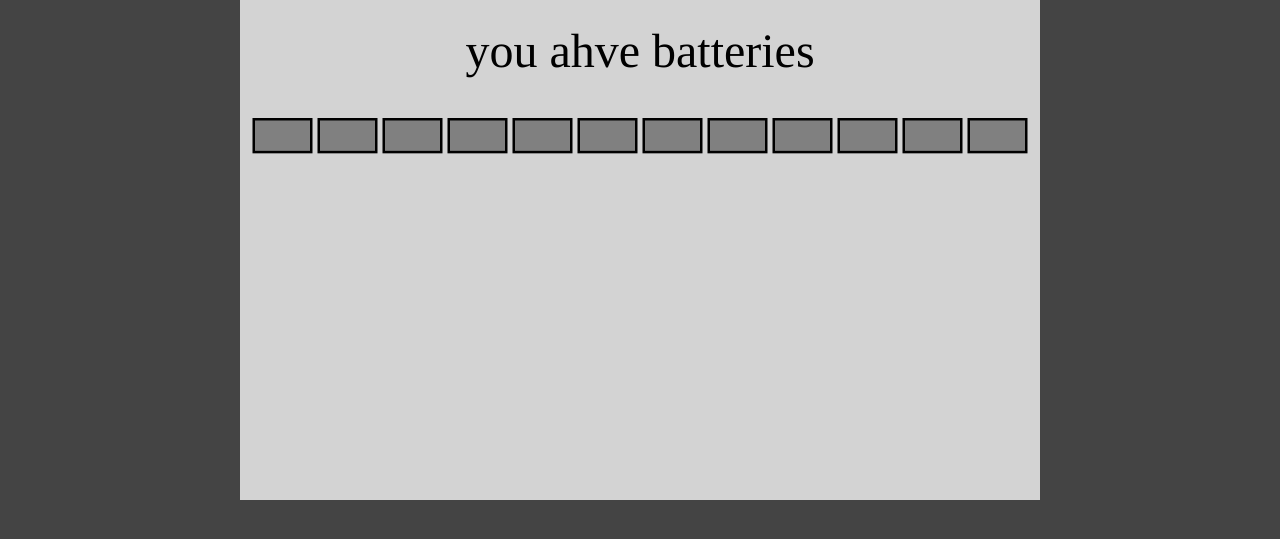
Repository: StevenZsombo/games
Page: docs/batteries/batteries.html
The author's editor kept a copy of each file at every save. The page is drawn from the files as they stood at one save, then again after the next save.
The browser window is 1280 px wide. The pictures show the whole page.

Above is the page before, as saved 2025-07-04 09:09:42.

### docs/batteries/batteries.html
<!DOCTYPE html>
<html lang="en">

<head>
  <meta charset="UTF-8">
  <meta name="viewport" content="width=device-width, initial-scale=1.0">
  <title>Game by Steven Zs :)</title>
  <style>
    body {
      margin: 0;
      padding: 0;
      min-height: 100vh;
      display: flex;
      justify-content: center;
      background: #444;
    }

    #canvasContainer {
      margin: 0;
      max-width: 800px;
      max-height: 500px;
      width: 100%;
      background: #000000;
    }

    #canvasContainer.full {
      position: fixed;
      top: 0;
      left: 0;
      right: 0;
      bottom: 0;
      margin: 0;
      max-width: none;
      max-height: none;
      display: flex;
      align-items: center;
      justify-content: center;
    }

    canvas {
      display: block;
      background: #000000;
      aspect-ratio: 800/500;
      width: 100%;
      height: auto;
    }

    #canvasContainer.full canvas {
      width: min(100vw, calc(100vh * 1.6));
      height: min(100vh, calc(100vw / 1.6));
      max-width: none;
      max-height: none;
    }
  </style>
</head>

<body id="body">
  <div id="canvasContainer">
    <canvas id="myCanvas" width="800" height="500"></canvas>
  </div>

  <script>
    function fullscreenToggle() {
      document.getElementById('canvasContainer').classList.toggle('full');
    }
  </script>
  <script src="../MM.js"></script>
  <script src="../scripts.js"></script>
  <script src="../animations.js"></script>
  <script src="../gui.js"></script>
  <script src="../batteries.js"></script>
</body>

</html>

### docs/gui.js
class Framerater {
	constructor(isRunning = true) {
		this.measuredTimeInterval = 1000
		this.timeStamps = []
		this.fps = 0.1
		this.tickrate = 0.1
		this.button = new Button({
			x: 10,
			y: 10,
			width: 60,
			height: 15,
			fontsize: 12,
			color: "yellow",
			outline: 0,
			follow_mouse: true
		})
		this.isRunning = isRunning
		this.startTime = Date.now()
		this.totalTicks = 0
		this.totalFrames = 0
	}
	get elapsed() {
		return Math.floor((Date.now() - this.startTime) / 100) / 10
	}
	update(dt, noDrawingNeeded) {
		if (this.isRunning) {
			this.totalTicks += 1
			this.totalFrames += noDrawingNeeded ? 0 : 1
			let curr_time = Date.now()
			this.timeStamps.push([curr_time, noDrawingNeeded])
			let i = this.timeStamps.findIndex(x => curr_time - x[0] < this.measuredTimeInterval)
			this.timeStamps = this.timeStamps.slice(i)
			this.tickrate = Math.floor(this.timeStamps.length / this.measuredTimeInterval * 1000)
			this.fps = Math.floor(this.timeStamps.filter(
				x => !x[1]
			).length / this.measuredTimeInterval * 1000)

		}
	}

	draw(screen) {
		if (this.isRunning) {
			this.button.txt = `${this.fps} / ${this.tickrate}`
			this.button.draw(screen)
		}
	}
}

class Keyboarder {
	constructor(denybuttons) {
		if (denybuttons === null) {
			throw "did not specify whether keypress propagation should be denied or not"
		}
		/*-----------------------------------------------worst idea ever---------------------------------------------------------*/
		fullscreenToggle = MM.extFunc(fullscreenToggle, () => game.mouser.whereIsCanvas())
		this.bufferExpiration = null //null for no expiration, or milliseconds
		this.held = {}
		const held = this.held
		this.pressed = {}
		const pressed = this.pressed
		this.strokeBuffer = []
		const strokeBuffer = this.strokeBuffer

		document.addEventListener('keydown', (e) => {
			if (denybuttons) {
				e.preventDefault()
				e.stopPropagation()
			}
			if (!held[e.key]) {
				held[e.key] = true
				pressed[e.key] = true
				strokeBuffer.push([Date.now(), e.key])
			}
		}
		)
		document.addEventListener('keyup', (e) => {
			held[e.key] = false
			pressed[e.key] = false
			if (e.key == "F") {
				fullscreenToggle()
			}
			if (denybuttons) {
				e.preventDefault()
				e.stopPropagation()
			}
		}
		)
	}
	get strokes() {
		return this.strokeBuffer.map(x => x[1]).join("")
	}
	update(dt, now) {
		if (this.strokeBuffer.length && this.bufferExpiration != null) {
			if (now - this.strokeBuffer.at(-1)[0] > this.bufferExpiration) {
				this.strokeBuffer.length = 0
			}
		}
	}
	flushstrokes() {
		this.strokeBuffer.length = 0
	}
	next_loop() {
		Object.keys(this.pressed).forEach(
			x => this.pressed[x] = false
		)
	}

}

class Mouser {
	constructor(canvas) {
		this.x = null
		this.y = null
		this.clicked = false
		this.released = false
		this.down = false

		this.canvas = canvas
		this.addListeners(canvas)
		this.whereIsCanvas()
	}

	whereIsCanvas() {
		const canvas = this.canvas
		this.cRect = canvas.getBoundingClientRect()
		this.cW = canvas.width
		this.cH = canvas.height
		this.scaleX = canvas.width / this.cRect.width
		this.scaleY = canvas.height / this.cRect.height
	}
	whereAmI(e) {
		//event
		this.x = (e.clientX - this.cRect.left) * this.scaleX
		//Account for canvas position
		this.y = (e.clientY - this.cRect.top) * this.scaleY
	}

	addListeners(canvas) {
		canvas.addEventListener('pointermove', (e) => {
			e.preventDefault()
			e.stopPropagation()
			this.whereAmI(e)
			//e.pointerType //can be 'mouse', 'pen', 'touch'

		}
		)
		canvas.addEventListener('pointerdown', (e) => {
			e.preventDefault()
			e.stopPropagation()
			if (e.button == 0) {
				this.whereAmI(e)
				this.clicked = true
				this.down = true
			}
			//e.shiftKey, e.ctrlKey //true or false
			//button = 0 or 2
			//for some reason clicking both simultaneously does sweet FA
		}
		)
		canvas.addEventListener('pointerup', (e) => {
			e.preventDefault()
			e.stopPropagation()
			this.whereAmI(e)
			this.released = true
			this.down = false
		}
		)
		canvas.addEventListener('pointerout', (e) => {
			e.preventDefault()
			e.stopPropagation()
			this.released = true
			this.x = null
			this.y = null
		}
		)
		canvas.addEventListener('pointercancel', (e) => {
			e.preventDefault()
			e.stopPropagation()
			this.released = true
		}
		)
		window.addEventListener("resize", this.whereIsCanvas.bind(this))
		window.addEventListener("scroll", this.whereIsCanvas.bind(this))
		window.addEventListener('contextmenu', (e) => {
			e.preventDefault()
			e.stopPropagation()
		})
	}
	get held() {
		return this.down && !this.released
	}

	get pos() {
		return {
			x: this.x,
			y: this.y
		}
	}

	next_loop() {
		this.clicked = false
		this.released = false
	}

	changeCursor(type) {
		game.canvas.style.cursor = type
	}

}

class Cropper {
	constructor() {
		this.canvas = document.createElement("canvas")
		this.ctx = this.canvas.getContext("2d")
	}

	load_images(names, containerDict, whatToCallAfter) {
		let num = names.length
		const onload = () => { --num === 0 && whatToCallAfter() }
		for (const item of names) {
			const img = new Image
			containerDict[item] = img
			img.crossOrigin = "Anonymous"
			img.src = item
			img.onload = onload
		}

	}

	load_img(source, on_end) {
		try {
			const img = new Image()
			img.crossOrigin = 'Anonymous'
			img.src = source
			if (on_end != null) {
				img.onload = () => { return on_end(img) }
			}
			return img
		} catch (error) {
			console.error(error)
		}

	}

	resize(img, width, height) {
		this.canvas.width = width
		this.canvas.height = height
		this.ctx.drawImage(img, 0, 0, width, height)
		const ret = new Image()
		ret.src = this.canvas.toDataURL()
		return ret
	}

	crop(img, rect) {
		this.canvas.width = rect.width
		this.canvas.height = rect.height
		this.ctx.drawImage(img, rect.x, rect.y, rect.width, rect.height, 0, 0, rect.width, rect.height)
		const ret = new Image()
		ret.src = this.canvas.toDataURL()
		return ret
	}

	cropGrid(img, rows, cols) {
		const rect = new Rect(0, 0, img.width, img.height)
		const rects = rect.splitGrid(cols, rows)
		const ret = []
		for (let row of rects) {
			ret.push([])
			for (let col of row) {
				ret.at(-1).push(this.crop(img, col))
			}
		}
		return ret
	}


}

### docs/batteries.js
//should import scripts.js
const framerateUnlocked = false
const denybuttons = false
const showFramerate = false

window.onload = function () {
    let canvas = document.getElementById("myCanvas")
    canvas.style.touchAction = 'none'
    canvas.style.userSelect = 'none'
    canvas.style.webkitUserDrag = 'none'
    document.addEventListener('dragover', (e) => {
        e.preventDefault()
        e.stopPropagation()
    }
    )
    document.addEventListener('drop', (e) => {
        e.preventDefault()
        e.stopPropagation()
    }
    )
    canvas.tabIndex = 0
    //canvas.focus()
    beforeMain(canvas)
}

const beforeMain = function (canvas) {
    const cropper = new Cropper()
    const cont = {}
    main(canvas)
    /*
    cropper.load_images("cats.png arrows.png".split(" "), cont, () => {
        files.push(cont["cats.png"])
        files.push(cont["arrows.png"])
        main(canvas)
    })
    */


}

const main = function (canvas) {
    canvas ??= document.getElementById("myCanvas")
    game = new Game(canvas)
    game.tick()
}

class Game {
    constructor(canvas) {
        this.canvas = canvas
        this.screen = canvas.getContext("2d")
        this.WIDTH = canvas.width
        this.HEIGHT = canvas.height
        this.SIZE = {
            x: this.WIDTH,
            y: this.HEIGHT
        }
        this.rect = new Rect(0, 0, this.WIDTH, this.HEIGHT)
        this.BGCOLOR = stgs.BGCOLOR ?? "lightgray"
        //null for transparent
        this.CENTER = {
            x: this.SIZE.x / 2,
            y: this.SIZE.y / 2
        }

        this.mouser = new Mouser(canvas)
        this.keyboarder = new Keyboarder(denybuttons)
        this.framerate = new Framerater(showFramerate)
        this.framerateUnlocked = framerateUnlocked //redundant unless reused
        this.animator = new Animator()

        this.on_update_extras = []
        this.on_draw_extras = []
        this.extras = []

        this.layers = Array(10).fill().map(x => [])
        this.clickables = []

        showFramerate && this.add_clickable(this.framerate.button)


        this.lastCycleTime = Date.now()

        this.isRunning = true
        this.isDrawing = true

        this.initialize()
        this.initialize_more()
    }
    initialize() {

    }

    tick() {
        if (!this.isDrawing) {
            this.drawnAlready = true
        }
        if (!this.isRunning) {
            return
        }
        const now = Date.now()
        const dt = (now - this.lastCycleTime)
        this.lastCycleTime = now

        const screen = this.screen
        this.drawnAlready ? null : this.draw_reset(screen)
        this.update(dt)
        this.update_more(dt)
        this.on_update_extras.forEach(x => x.call(this))
        this.drawnAlready ? null : this.draw(screen)
        this.drawnAlready ? null : this.draw_more(screen)
        this.on_draw_extras.forEach(x => x.call(this))
        this.next_loop()
        this.next_loop_more()
        this.extras.forEach(x => x.call(this))
        this.extras.length = 0
        if (!this.isRunning) {
            return
        }

        this.framerate.update(dt, this.drawnAlready)
        if (!this.framerateUnlocked) {
            requestAnimationFrame(this.tick.bind(this))
        } else {
            setTimeout(this.tick.bind(this), 0)
            if (!this.drawnAlready) {
                this.drawnAlready = true
                requestAnimationFrame((function () { this.drawnAlready = false }).bind(this))
                this.animator.draw()
            }
        }




    }

    update(dt) {
        //update
        const now = Date.now()
        this.keyboarder.update(dt, now)
        this.update_clickables(dt)
        this.animator.update(dt)
        this.update_more(dt)

    }

    update_clickables(dt) {
        for (const b of this.clickables) {
            b.check(this.mouser.x, this.mouser.y, this.mouser.clicked, this.mouser.released, this.mouser.held)
        }

    }

    draw(screen) {
        //draw
        this.draw_layers(screen)
        this.framerate.draw(screen)

    }

    draw_reset(screen) {
        if (this.BGCOLOR) {
            screen.fillStyle = this.BGCOLOR
            screen.fillRect(0, 0, this.WIDTH, this.HEIGHT)
        } else {
            screen.clearRect(0, 0, this.WIDTH, this.HEIGHT)
        }
    }

    draw_layers(screen) {
        for (const layer of this.layers) {
            for (const item of layer) {
                item.draw(screen)
            }
        }
    }

    next_loop() {
        this.mouser.next_loop()
        this.keyboarder.next_loop()
    }
    close() {
        this.isRunning = false
        setTimeout(x => game.screen.fillRect(0, 0, game.WIDTH, game.HEIGHT), 100)

    }
    add_clickable(items, layer = 5) {
        if (!Array.isArray(items)) {
            items = [items]
        }
        for (const item of items) {
            this.add_drawable(item, layer)
            this.clickables.push(item)
        }
    }
    add_drawable(items, layer = 5) {
        if (!Array.isArray(items)) {
            items = [items]
        }
        for (const item of items) {
            this.layers[layer].push(item)
        }
    }
    remove_clickable(item) {
        this.clickables = this.clickables.filter(x => x !== item)
        this.layers = this.layers.map(x => x.filter(y => y !== item))
    }

    ////////////////////////////////////////////////////////////////////////////////////////////////////////////////////
    ////////////////////////////////////////////////////////////////////////////////////////////////////////////////////
    ////////////////////////////////////////////////////////////////////////////////////////////////////////////////////
    ////////////////////////////////////////////////////////////////////////////////////////////////////////////////////
    ////////////////////////////////////////////////////////////////////////////////////////////////////////////////////
    ///                                             customize here                                                   ///
    /// ////////////////////////////////////////////////////////////////////////////////////////////////////////////////
    ///                                                                                                              ///
    ///         these are called  when appropriate                                                                   ///
    ///                                                                                                              ///
    ///         initialize_more                                                                                      ///
    ///         draw_more                                                                                            ///
    ///         update_more                                                                                          ///
    ///         next_loop_more                                                                                       ///
    ///                                                                                                              ///
    ///                                                                                                              ///
    ///                                                                                                              ///
    ///                                                                                                              ///
    ///                                                                                                              ///
    ///                                                                                                              ///
    ///                                                                                                              ///
    ///                                                                                                              ///
    ///                                                                                                              ///
    ///                                                                                                              ///
    ///                                                                                                              ///
    ///                                                                                                              ///
    ///                                                                                                              ///
    ///                                                                                                              ///
    ///                                             INITIALIZE                                                       ///
    /// start initialize_more:::::::::::::::::::::::::::::::::::::::::::::::::::::::::::::::::::::::::::::::::::::::::::
    initialize_more() {


        this.grid = this.rect.copy.
            deflate(20, 10).
            splitRow(3, 2, 10).
            map(x => x.deflate(0, 5)).
            map(x => Button.fromRect(x, { transparent: true }))
        this.add_clickable(this.grid[0])
        this.grid[0].txt = "you ahve batteries"
        this.batteries = this.grid[1].splitCol(...Array(12).fill(1)).map(Button.fromRect).map(b => {
            b.deflate(10, 30)

            return b
        })
        this.add_clickable(this.batteries)





    }
    ///end initialize_more^^^^^^^^^^^^^^^^^^^^^^^^^^^^^^^^^^^^^^^^^^^^^^^^^^^^^^^^^^^^^^^^^^^^^^^^^^^^^^^^^^^^^^^^^^^^
    ///                                         ^^^^INITIALIZE^^^^                                                   ///
    ///                                                                                                              ///
    ///                                               UPDATE                                                         ///
    /// start update_more:::::::::::::::::::::::::::::::::::::::::::::::::::::::::::::::::::::::::::::::::::::::::::::::
    update_more(dt) {





    }
    ///end update_more^^^^^^^^^^^^^^^^^^^^^^^^^^^^^^^^^^^^^^^^^^^^^^^^^^^^^^^^^^^^^^^^^^^^^^^^^^^^^^^^^^^^^^^^^^^^^^^^
    ///                                           ^^^^UPDATE^^^^                                                     ///
    ///                                                                                                              ///
    ///                                                DRAW                                                          ///
    ///start update_more::::::::::::::::::::::::::::::::::::::::::::::::::::::::::::::::::::::::::::::::::::::::::::::::
    draw_more(screen) {





    }
    ///end draw_more^^^^^^^^^^^^^^^^^^^^^^^^^^^^^^^^^^^^^^^^^^^^^^^^^^^^^^^^^^^^^^^^^^^^^^^^^^^^^^^^^^^^^^^^^^^^^^^^^^
    ///                                            ^^^^DRAW^^^^                                                      ///
    ///                                                                                                              ///
    ///                                              NEXT_LOOP                                                       ///
    ///start next_loop_more:::::::::::::::::::::::::::::::::::::::::::::::::::::::::::::::::::::::::::::::::::::::::::::
    next_loop_more() {

    }
    ///end next_loop_more^^^^^^^^^^^^^^^^^^^^^^^^^^^^^^^^^^^^^^^^^^^^^^^^^^^^^^^^^^^^^^^^^^^^^^^^^^^^^^^^^^^^^^^^^^^^^
    ///                                          ^^^^NEXT_LOOP^^^^                                                   ///
    ///                                                                                                              ///
    ///                                                                                                              ///
    /// ////////////////////////////////////////////////////////////////////////////////////////////////////////////////
} //this is the last closing brace

/// dev options
const dev = {

}/// end of dev
/// settings
const stgs = {


}

/**@type {Image[]} */
const files = []

/** @type {Game}*/
var game

Loaded but not shown: docs/scripts.js (717 lines, source omitted); docs/MM.js (389 lines, source omitted); docs/animations.js (422 lines, source omitted)

After the next save:
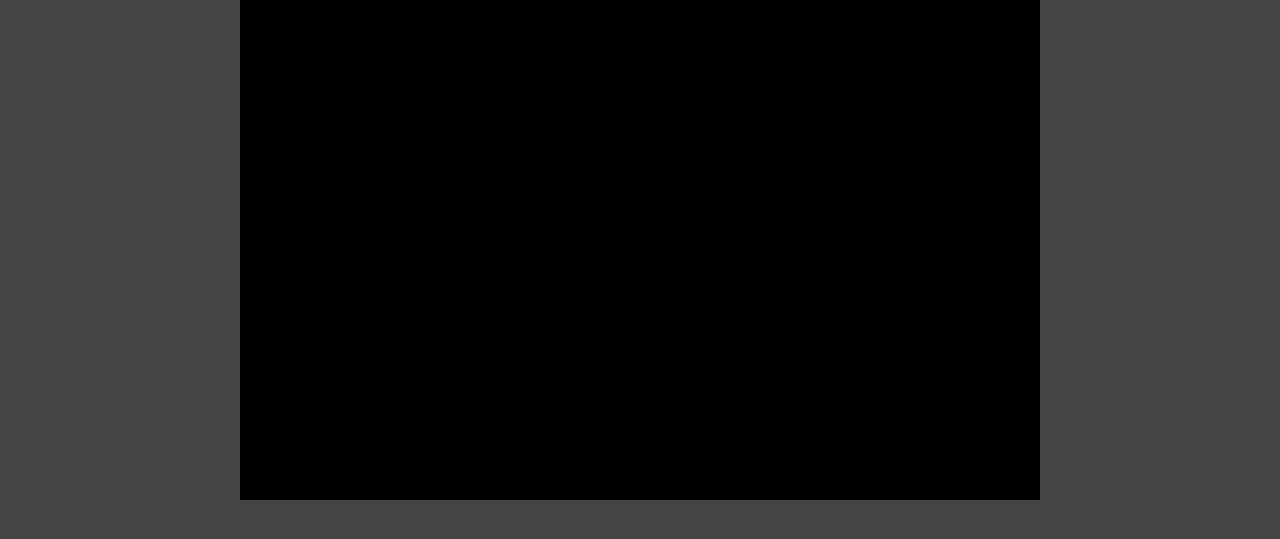
Console error: SyntaxError: Invalid left-hand side in assignment
Saved 3 min 42 s later.
--- a/docs/batteries.js
+++ b/docs/batteries.js
@@ -2,6 +2,7 @@
 const framerateUnlocked = false
 const denybuttons = false
 const showFramerate = false
+const startOnFullscreen = true
 
 window.onload = function () {
     let canvas = document.getElementById("myCanvas")
@@ -66,6 +67,7 @@
         this.keyboarder = new Keyboarder(denybuttons)
         this.framerate = new Framerater(showFramerate)
         this.framerateUnlocked = framerateUnlocked //redundant unless reused
+        startOnFullscreen &&
         this.animator = new Animator()
 
         this.on_update_extras = []
@@ -242,17 +244,37 @@
         this.grid = this.rect.copy.
             deflate(20, 10).
             splitRow(3, 2, 10).
-            map(x => x.deflate(0, 5)).
             map(x => Button.fromRect(x, { transparent: true }))
         this.add_clickable(this.grid[0])
-        this.grid[0].txt = "you ahve batteries"
-        this.batteries = this.grid[1].splitCol(...Array(12).fill(1)).map(Button.fromRect).map(b => {
+        this.grid[0].fontsize = 20
+        this.grid[0].txt =
+            `You have 6 good and 6 bad batteries.
+You have a flashlight which requires 2 good batteries to work.
+You can try and put in any pair of batteries, if one or both of them are bad the light won't work.
+
+Make the light work in 9 trials!
+`
+
+        this.batteries = this.grid[1].splitCol(...Array(12).fill(1)).map(Button.fromRect).map((b, i) => {
             b.deflate(10, 30)
-
+            b.txt = i + 1
+            b.fontsize = 24
+            b.outline = 2
             return b
         })
         this.add_clickable(this.batteries)
 
+        this.grid[0].resize(this.grid[0].width, this.batteries[0].top)
+        this.grid[0].move(0, 18)
+        this.attempts = []
+
+        this.table = this.grid[2].splitCol(1, 1)[0].splitRow(...Array(10).fill(1)).map(Button.fromRect)
+        this.add_clickable(this.table)
+        this.table.forEach(b => {
+            b.leftat(this.batteries[0].left)
+            b.outline = 0
+        })
+
 
 
 

After the save that followed:
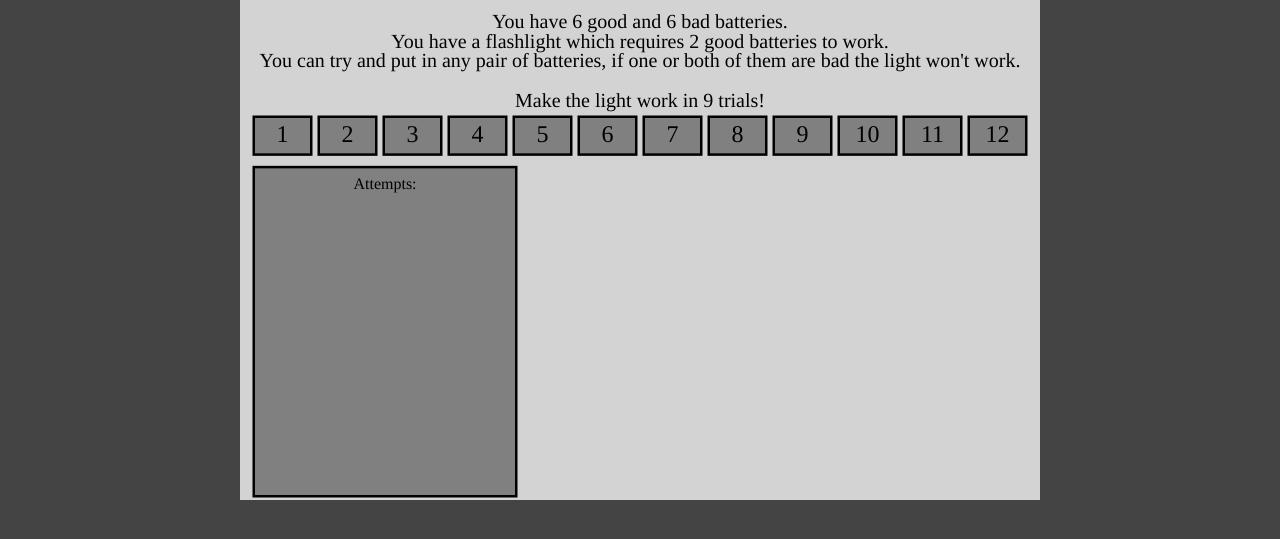
The error is gone.
Saved 10 min 1 s later.
--- a/docs/batteries.js
+++ b/docs/batteries.js
@@ -2,7 +2,6 @@
 const framerateUnlocked = false
 const denybuttons = false
 const showFramerate = false
-const startOnFullscreen = true
 
 window.onload = function () {
     let canvas = document.getElementById("myCanvas")
@@ -67,7 +66,6 @@
         this.keyboarder = new Keyboarder(denybuttons)
         this.framerate = new Framerater(showFramerate)
         this.framerateUnlocked = framerateUnlocked //redundant unless reused
-        startOnFullscreen &&
         this.animator = new Animator()
 
         this.on_update_extras = []
@@ -259,24 +257,44 @@
             b.deflate(10, 30)
             b.txt = i + 1
             b.fontsize = 24
-            b.outline = 2
             return b
         })
         this.add_clickable(this.batteries)
 
         this.grid[0].resize(this.grid[0].width, this.batteries[0].top)
         this.grid[0].move(0, 18)
-        this.attempts = []
-
-        this.table = this.grid[2].splitCol(1, 1)[0].splitRow(...Array(10).fill(1)).map(Button.fromRect)
+
+        this.tablebg = this.grid[2].splitCol(1, 2)[0]
+        this.tablebg.leftat(this.batteries[0].left)
+
+        this.table = this.tablebg.splitRow(...Array(10).fill(1)).map(Button.fromRect)
+        this.tablebg = Button.fromRect(this.tablebg)
         this.add_clickable(this.table)
+        this.add_clickable(this.tablebg, 3)
         this.table.forEach(b => {
-            b.leftat(this.batteries[0].left)
-            b.outline = 0
+            b.fontsize = 16
+            b.transparent = true
         })
-
-
-
+        this.table[0].txt = "Attempts:"
+
+        //logic
+        this.attempts = {
+            count: 0,
+            track: [],
+            first: null
+        }
+        this.makeattempt = (i) => {
+            if (this.attempts.first !== i) {
+                if (!this.attempts.first) {
+                    this.attempts.first = i
+                    this.batteries[i-1].color = "lightblue"
+                } else {
+                    this.attempts.count++
+                    this.attempts.first = i
+                    this.batteries
+                }
+            }
+        }
 
 
     }
